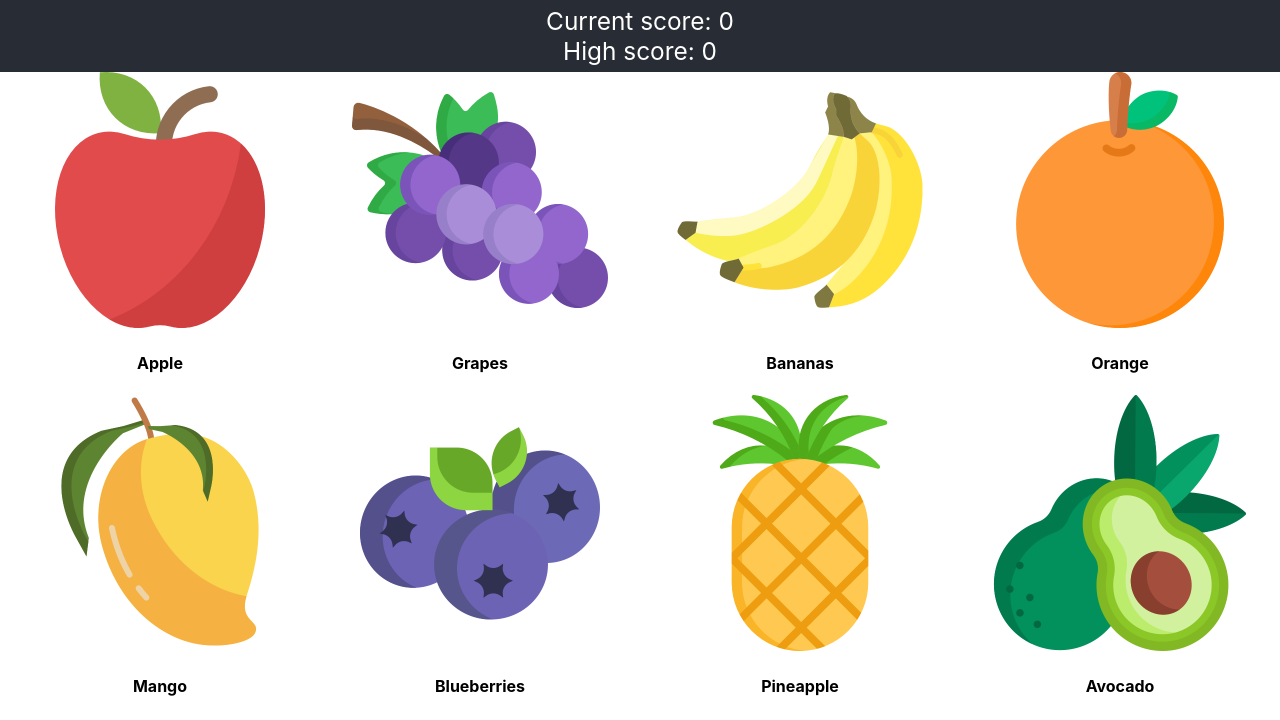
Repository: chin9/MemoryCard
Page: /
An editor plug-in stored every save of this project. The page is shown before and after the next save, followed by the edit.
The browser window is 1280 px wide. The pictures show the whole page.
The project was rebuilt for these pictures with package versions that can differ from the ones it lists, and the page was loaded fresh each time.

Above is the page before, as saved 2021-07-08 20:04:21.

### public/index.html
<!DOCTYPE html>
<html lang="en">
  <head>
    <meta charset="utf-8" />
    <link rel="icon" href="%PUBLIC_URL%/favicon.ico" />
    <meta name="viewport" content="width=device-width, initial-scale=1" />
    <meta name="theme-color" content="#000000" />
    <meta
      name="description"
      content="Web site created using create-react-app"
    />
    <link rel="apple-touch-icon" href="%PUBLIC_URL%/logo192.png" />
    <!--
      manifest.json provides metadata used when your web app is installed on a
      user's mobile device or desktop. See https://developers.google.com/web/fundamentals/web-app-manifest/
    -->
    <link rel="manifest" href="%PUBLIC_URL%/manifest.json" />
    <!--
      Notice the use of %PUBLIC_URL% in the tags above.
      It will be replaced with the URL of the `public` folder during the build.
      Only files inside the `public` folder can be referenced from the HTML.

      Unlike "/favicon.ico" or "favicon.ico", "%PUBLIC_URL%/favicon.ico" will
      work correctly both with client-side routing and a non-root public URL.
      Learn how to configure a non-root public URL by running `npm run build`.
    -->
    <title>Memory Card</title>
  </head>
  <body>
    <noscript>You need to enable JavaScript to run this app.</noscript>
    <div id="root"></div>
    <!--
      This HTML file is a template.
      If you open it directly in the browser, you will see an empty page.

      You can add webfonts, meta tags, or analytics to this file.
      The build step will place the bundled scripts into the <body> tag.

      To begin the development, run `npm start` or `yarn start`.
      To create a production bundle, use `npm run build` or `yarn build`.
    -->
  </body>
</html>

### src/App.js
import './App.css';
import Scoreboard from './components/Scoreboard';
import Cards from './components/Cards';
import React, { useState, useEffect } from 'react';

function App() {

  //keep track of scores
  const [score, setScore] = useState(0);
  const [highScore, setHighScore] = useState(0);

  //keep track of cards
  const [cardsClicked, setCardsClicked] = useState([]);
  const [currCard, setCurrCard] = useState(null);
  const [update, setUpdate] = useState(false);

  // useEffect(()=>{
  //   const incrementOnClick = () => {
  //     setScore(score + 1);
  //   }

  //   document.addEventListener('click', incrementOnClick);

  //   return () => {
  //     document.removeEventListener('click', incrementOnClick);
  //   }
  // }, [score, highScore]);

  useEffect(()=> {
    console.log('score: ' + score);
    if (score > highScore) {
      setHighScore(score);
    }
    setUpdate(false);
    console.log(cardsClicked);
  }, [score, cardsClicked]);

  useEffect(()=> {

    console.log('card clicked: ' + currCard);
    console.log('update?: ' + update);


    if (currCard === null || update === false) {
      // do nothing
    } else {
      const exists = cardsClicked.some(v => v === currCard);
      if (!exists) {
        setScore(score => score + 1);
        setCardsClicked(cardsClicked => [...cardsClicked, currCard]);
        } else {
      setScore(0);
      setCardsClicked([]);
    }
    }
    // setUpdate(false);
    // console.log(cardsClicked.some(v => v === ));

  }, [currCard, update]);


  const updateScore = (id) => {
    //if cardsClicked doesn't contain id, add 1 to score, add id to cardsClicked
    //    if score > highScore, set highScore = score
    //else (if cardsClicked contains id), set score to 0, empty cardsClicked

    setCurrCard(id);
    setUpdate(true);

    // const exists = cardsClicked.some(v => v == id);
    // console.log(id);
    // console.log(exists);

    // if (!exists) {
    //   setScore(score => score + 1);
    //   setCardsClicked(cardsClicked => [...cardsClicked, id]);

    //   if (score > highScore) {setHighScore(score)};
    // } else {
    //   setScore(0);
    //   setCardsClicked([]);
    // }
  }

  return (
    <div className="App">
      <header className="App-header">
        <Scoreboard score={score} highScore={highScore}/>
      </header>
      <Cards updateScore={updateScore}/>
    </div>
  );
}

export default App;

### src/App.css
.App {
  text-align: center;
}

.App-logo {
  height: 40vmin;
  pointer-events: none;
}

@media (prefers-reduced-motion: no-preference) {
  .App-logo {
    animation: App-logo-spin infinite 20s linear;
  }
}

.App-header {
  background-color: #282c34;
  height: 10vh;
  display: flex;
  flex-direction: column;
  align-items: center;
  justify-content: center;
  font-size: calc(10px + 2vmin);
  color: white;
}

.App-link {
  color: #61dafb;
}

@keyframes App-logo-spin {
  from {
    transform: rotate(0deg);
  }
  to {
    transform: rotate(360deg);
  }
}

### src/components/Scoreboard.js
import React from 'react';

const Scoreboard = (props) => {

    return (
        <div>
            <div>Current score: {props.score}</div>
            <div>High score: {props.highScore}</div>
            </div>
    )
}

export default Scoreboard;

### src/components/Cards.js
import React, {useState, useEffect} from 'react';
import apple from '../images/apple.png';
import grapes from '../images/grapes.png';
import bananas from '../images/bananas.png';
import orange from '../images/orange-juice.png';
import mango from '../images/mango.png';
import blueberry from '../images/blueberry.png';
import pineapple from '../images/pineapple.png';
import avocado from '../images/avocado.png';
import '../style/Cards.css'

const Cards = (props) => {



    useEffect(()=>{
        const apple = document.getElementById(0);
        const grapes = document.getElementById(1);
        const bananas = document.getElementById(2);
        const orange = document.getElementById(3);
        const mango = document.getElementById(4);
        const blueberry = document.getElementById(5);
        const pineapple = document.getElementById(6);
        const avocado = document.getElementById(7);


        function randomizeOrder() {
            var parent = document.querySelector(".card-display");
            for(var i = 0; i < parent.children.length; i++){
            parent.appendChild(parent.children[Math.random() * i | 0]);
        }
        }

        const updateScoreWithFruit = (e) => {
            props.updateScore(e.id);
            randomizeOrder();
        }


        apple.addEventListener('click', ()=>{updateScoreWithFruit(apple)});
        grapes.addEventListener('click', ()=>{updateScoreWithFruit(grapes)});
        bananas.addEventListener('click', ()=>{updateScoreWithFruit(bananas)});
        orange.addEventListener('click', ()=>{updateScoreWithFruit(orange)});
        mango.addEventListener('click', ()=>{updateScoreWithFruit(mango)});
        blueberry.addEventListener('click', ()=>{updateScoreWithFruit(blueberry)});
        pineapple.addEventListener('click', ()=>{updateScoreWithFruit(pineapple)});
        avocado.addEventListener('click', ()=>{updateScoreWithFruit(avocado)});


        console.log('mounted');

        return ()=>{
            apple.removeEventListener('click', updateScoreWithFruit(apple));
            grapes.removeEventListener('click', updateScoreWithFruit(grapes));
            bananas.removeEventListener('click', updateScoreWithFruit(bananas));
            orange.removeEventListener('click', updateScoreWithFruit(orange));
            mango.removeEventListener('click', ()=>{updateScoreWithFruit(mango)});
            blueberry.removeEventListener('click', ()=>{updateScoreWithFruit(blueberry)});
            pineapple.removeEventListener('click', ()=>{updateScoreWithFruit(pineapple)});
            avocado.removeEventListener('click', ()=>{updateScoreWithFruit(avocado)});

        }

    }, []);




    return (
    <div className='card-display'>
        <div>
            <img src={apple} alt='apple' className='fruit' id={0}></img>
            <h4>Apple</h4>
        </div>
        <div>
            <img src={grapes} alt='grapes' className='fruit' id={1}></img>
            <h4>Grapes</h4>
        </div>
        <div>
            <img src={bananas} alt='bananas' className='fruit' id={2}></img>
            <h4>Bananas</h4>
        </div>
        <div>
            <img src={orange} alt='orange' className='fruit' id={3}></img>
            <h4>Orange</h4>
        </div>
        <div>
            <img src={mango} alt='mango' className='fruit' id={4}></img>
            <h4>Mango</h4>
        </div>
        <div>
            <img src={blueberry} alt='mango' className='fruit' id={5}></img>
            <h4>Blueberries</h4>
        </div>
        <div>
            <img src={pineapple} alt='mango' className='fruit' id={6}></img>
            <h4>Pineapple</h4>
        </div>
        <div>
            <img src={avocado} alt='mango' className='fruit' id={7}></img>
            <h4>Avocado</h4>
        </div>
    </div>
    );
}

export default Cards;

### src/style/Cards.css

.card-display {
    display: grid;
    grid-template-columns: 1fr 1fr 1fr 1fr;
}

.fruit {
    height: auto;
    width: auto;
    max-width: 20vw;
}

.fruit:hover {
    cursor: pointer;
}

Loaded but not shown: src/index.js (common file); src/index.css (common file)

After the next save:
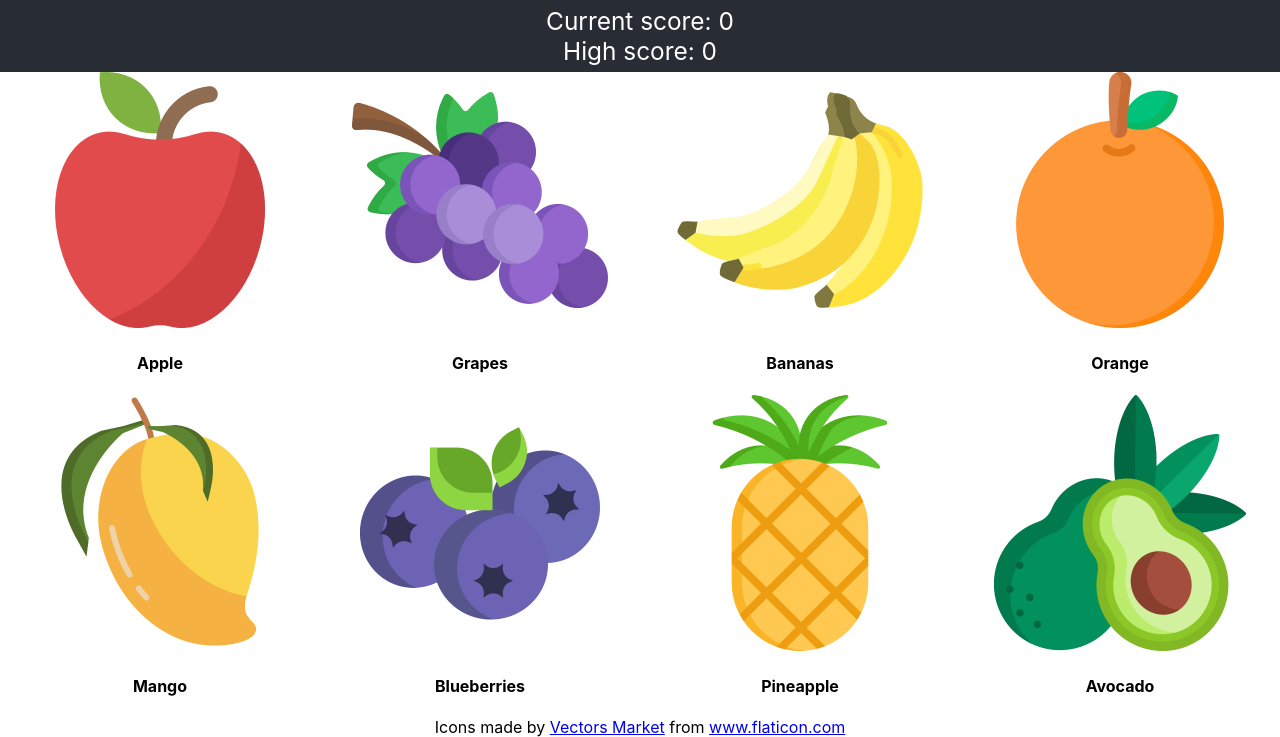
Saved 26 s later.
--- a/src/App.js
+++ b/src/App.js
@@ -14,17 +14,6 @@ function App() {
   const [currCard, setCurrCard] = useState(null);
   const [update, setUpdate] = useState(false);
 
-  // useEffect(()=>{
-  //   const incrementOnClick = () => {
-  //     setScore(score + 1);
-  //   }
-
-  //   document.addEventListener('click', incrementOnClick);
-
-  //   return () => {
-  //     document.removeEventListener('click', incrementOnClick);
-  //   }
-  // }, [score, highScore]);
 
   useEffect(()=> {
     console.log('score: ' + score);
@@ -60,26 +49,10 @@ function App() {
 
 
   const updateScore = (id) => {
-    //if cardsClicked doesn't contain id, add 1 to score, add id to cardsClicked
-    //    if score > highScore, set highScore = score
-    //else (if cardsClicked contains id), set score to 0, empty cardsClicked
 
     setCurrCard(id);
     setUpdate(true);
 
-    // const exists = cardsClicked.some(v => v == id);
-    // console.log(id);
-    // console.log(exists);
-
-    // if (!exists) {
-    //   setScore(score => score + 1);
-    //   setCardsClicked(cardsClicked => [...cardsClicked, id]);
-
-    //   if (score > highScore) {setHighScore(score)};
-    // } else {
-    //   setScore(0);
-    //   setCardsClicked([]);
-    // }
   }
 
   return (
@@ -88,6 +61,7 @@ function App() {
         <Scoreboard score={score} highScore={highScore}/>
       </header>
       <Cards updateScore={updateScore}/>
+      <div>Icons made by <a href="https://www.flaticon.com/authors/vectors-market" title="Vectors Market">Vectors Market</a> from <a href="https://www.flaticon.com/" title="Flaticon">www.flaticon.com</a></div>
     </div>
   );
 }
